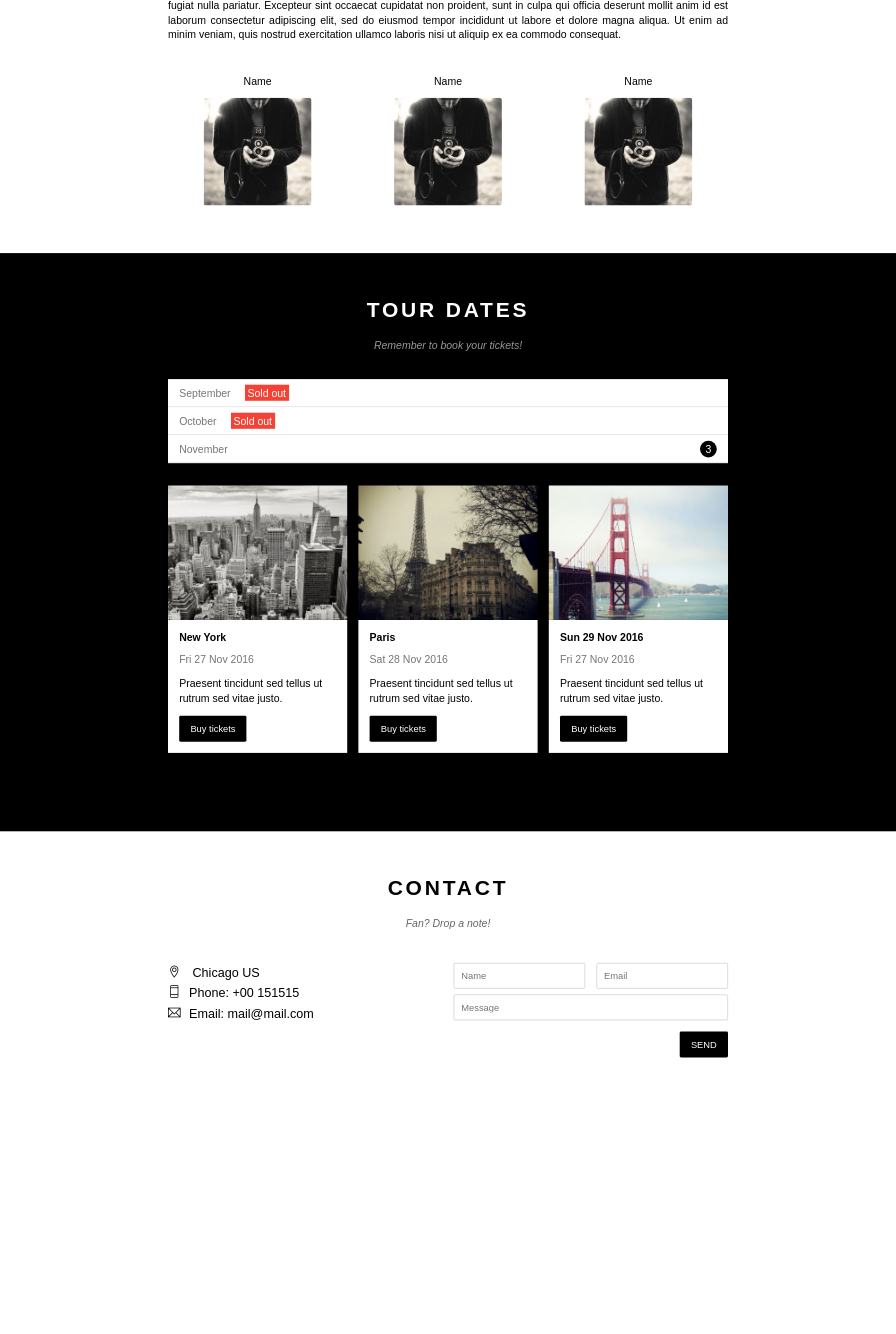
Repository: Phunobita/The-band-w3school
Page: index.html
An editor plug-in stored every save of this project. The page is shown before and after the next save, followed by the edit.
The browser window is 1280 px wide. The pictures show the part of the page from y = 581 to 2501 px (the page is 2486 px tall before and 2582 px after), at 70% of full size.
A picture or video elsewhere on the page could not be fetched, so the positions and the page height are approximate.

Above is the page before, as saved 2021-12-03 16:31:50.

After the next save:
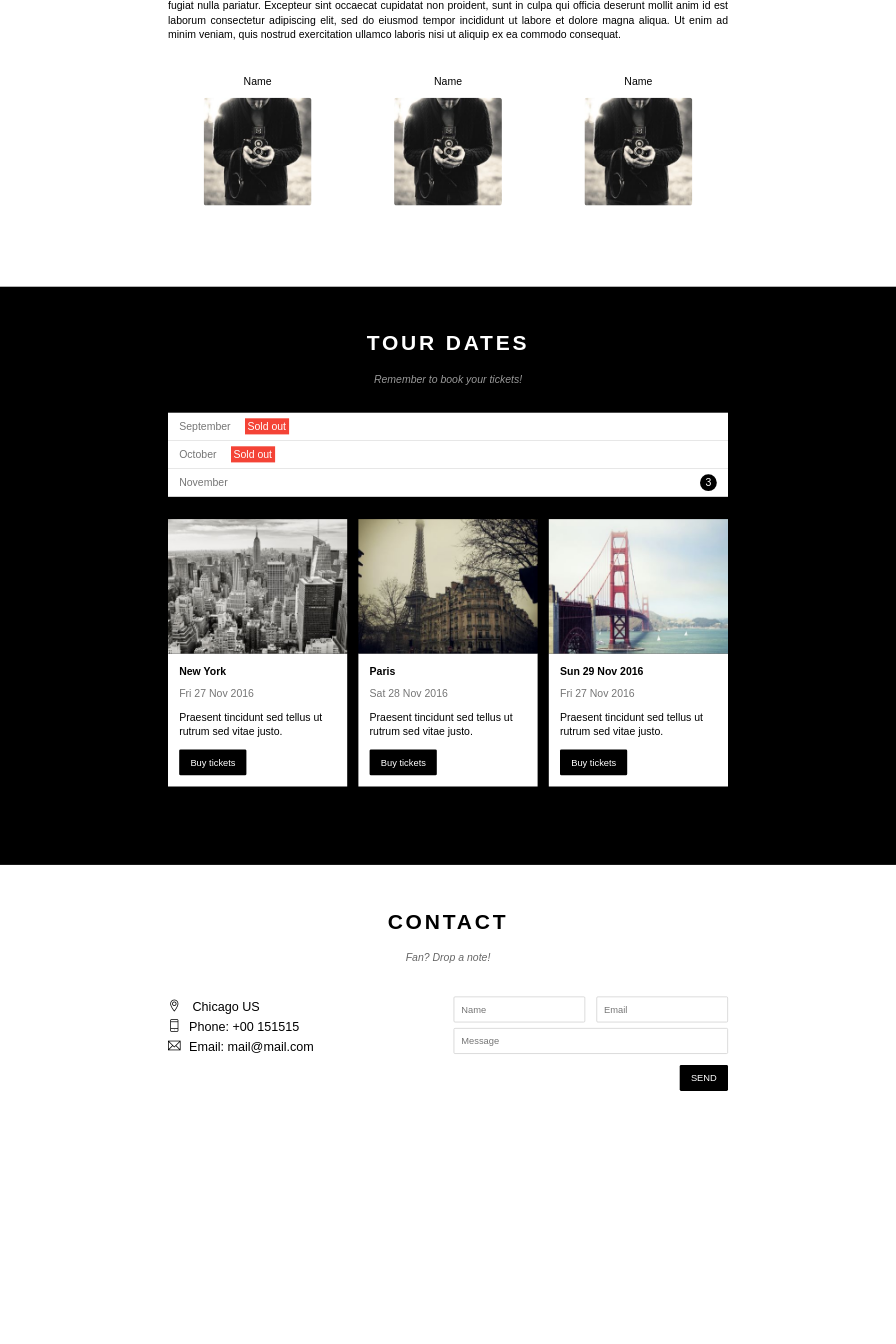
Saved 5 min 4 s later.
--- a/assets/css/style.css
+++ b/assets/css/style.css
@@ -169,7 +169,7 @@
 #content {
 }
 #content .content-section {
-  padding: 64px 0;
+  padding: 64px 0 112px;
   width: 800px;
   margin-left: auto;
   margin-right: auto;
@@ -243,7 +243,6 @@
 /*  Place body*/
 .place__list {
   margin-top: 32px;
-  margin-bottom: 48px;
 }
 
 .place__img {
